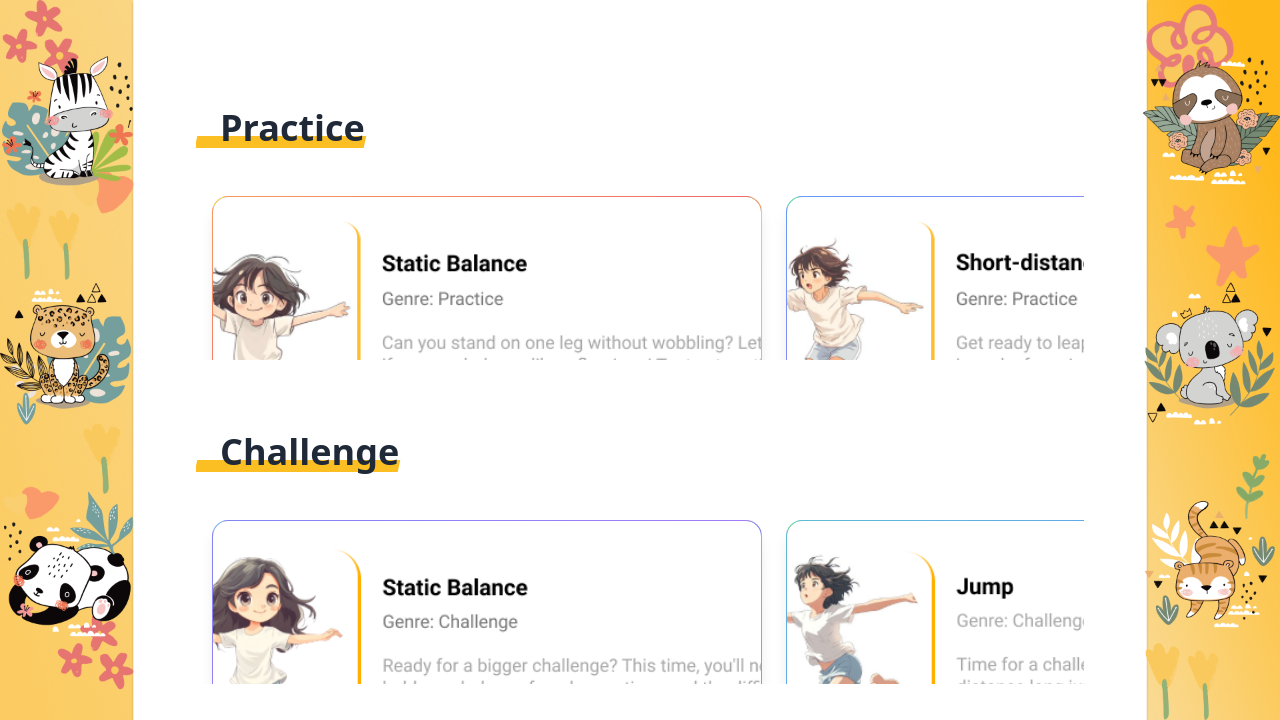
Repository: Jayhawk2000/AR_Game_DCD_Children
Page: homepage.html
These files come from the project's save history. The page is drawn as it stood at one moment and after a run of saves; the edit follows.
The browser window is 1280 px wide. The pictures show the whole page.

Above is the page before, as saved 2024-10-16 13:45:58.

### homepage.html
<!DOCTYPE html>
<html lang="en">
<head>
<meta charset="UTF-8">
<meta name="viewport" content="width=device-width, initial-scale=1.0">
<title>Homepage</title>
<link href="https://cdn.jsdelivr.net/npm/tailwindcss@2.2.19/dist/tailwind.min.css" rel="stylesheet">
<style>
    body, html {
        margin: 0;
        padding: 0;
        width: 100vw;
        height: 100vh;
        overflow: hidden;
    }

    .background {
        background-image: url('img/homepage.png');
        background-size: 100vw 100vh;
        background-repeat: no-repeat;
        background-position: center center;
        background-attachment: fixed;
        height: 100vh;
        display: flex;
        justify-content: center;
        align-items: center;
    }

    .content {
        width: 75vw;
        height: 100%;
        background-color: white;
        display: flex;
        flex-direction: column;
        padding: 5vh;
    }

    .section {
        flex: 1;
        overflow: hidden;
        position: relative;
    }

    .card-slider {
        overflow-x: auto;
        padding-bottom: 20px;
    }

    /* 美化滚动条 */
    .card-slider::-webkit-scrollbar {
        height: 8px;
    }
    .card-slider::-webkit-scrollbar-track {
        background: #f1f1f1;
        border-radius: 4px;
    }
    .card-slider::-webkit-scrollbar-thumb {
        background: #FFB000;
        border-radius: 4px;
        transition: background-color 0.3s ease;
    }
    .card-slider::-webkit-scrollbar-thumb:hover {
        background: #e09e00;
    }

    .card {
        width: 550px; /* 增加卡片宽度 */
        height: 300px; /* 保持卡片高度不变 */
    }
</style>
</head>
<body>

<div class="background">
    <div class="content">
        <div class="section">
            <br><br><br>
            <h2 class="text-4xl font-bold text-gray-800 mb-8 relative pl-6 inline-block">
                <span class="relative z-10">Practice</span>
                <span class="absolute left-0 bottom-0 w-full h-3 bg-yellow-400 transform -skew-x-12"></span>
            </h2>
            <div class="card-slider overflow-x-auto snap-x snap-mandatory flex space-x-6 p-4">
                <a href="prac_bal.html" class="card flex-none w-96 h-64 bg-gradient-to-br from-yellow-400 via-orange-500 to-red-500 rounded-2xl shadow-lg hover:shadow-2xl transition-all duration-300 relative overflow-hidden group border border-white border-opacity-20">
                    <div class="absolute inset-0 bg-black opacity-40"></div>
                    <div class="absolute inset-0 bg-cover bg-center" style="background-image: url('img/balance_practice.png');"></div>
                    <div class="absolute inset-0 bg-gradient-to-t from-black via-transparent to-transparent opacity-0 group-hover:opacity-100 transition-opacity duration-300 flex flex-col justify-end p-6">
                        <h3 class="text-white text-2xl font-bold mb-2 transform translate-y-2 group-hover:translate-y-0 transition-transform duration-300">Balance Practice</h3>
                        <p class="text-white text-sm opacity-0 group-hover:opacity-100 transition-opacity duration-300 delay-100">Improve your balance skills</p>
                    </div>
                </a>
                <a href="prac_jump.html" class="card flex-none w-96 h-64 bg-gradient-to-br from-green-400 via-blue-500 to-purple-500 rounded-2xl shadow-lg hover:shadow-2xl transition-all duration-300 relative overflow-hidden group border border-white border-opacity-20">
                    <div class="absolute inset-0 bg-black opacity-40"></div>
                    <div class="absolute inset-0 bg-cover bg-center" style="background-image: url('img/jump_practice.png');"></div>
                    <div class="absolute inset-0 bg-gradient-to-t from-black via-transparent to-transparent opacity-0 group-hover:opacity-100 transition-opacity duration-300 flex flex-col justify-end p-6">
                        <h3 class="text-white text-2xl font-bold mb-2 transform translate-y-2 group-hover:translate-y-0 transition-transform duration-300">Jump Practice</h3>
                        <p class="text-white text-sm opacity-0 group-hover:opacity-100 transition-opacity duration-300 delay-100">Enhance your jumping technique</p>
                    </div>
                </a>
                <a href="prac_throw.html" class="card flex-none w-96 h-64 bg-gradient-to-br from-pink-400 via-red-500 to-yellow-500 rounded-2xl shadow-lg hover:shadow-2xl transition-all duration-300 relative overflow-hidden group border border-white border-opacity-20">
                    <div class="absolute inset-0 bg-black opacity-40"></div>
                    <div class="absolute inset-0 bg-cover bg-center" style="background-image: url('img/throw_practice.png');"></div>
                    <div class="absolute inset-0 bg-gradient-to-t from-black via-transparent to-transparent opacity-0 group-hover:opacity-100 transition-opacity duration-300 flex flex-col justify-end p-6">
                        <h3 class="text-white text-2xl font-bold mb-2 transform translate-y-2 group-hover:translate-y-0 transition-transform duration-300">Throw Practice</h3>
                        <p class="text-white text-sm opacity-0 group-hover:opacity-100 transition-opacity duration-300 delay-100">Perfect your throwing skills</p>
                    </div>
                </a>
            </div>
        </div>
        <div class="section">
            <br><br><br>
            <h2 class="text-4xl font-bold text-gray-800 mb-8 relative pl-6 inline-block">
                <span class="relative z-10">Challenge</span>
                <span class="absolute left-0 bottom-0 w-full h-3 bg-yellow-400 transform -skew-x-12"></span>
            </h2>
            <div class="card-slider overflow-x-auto snap-x snap-mandatory flex space-x-6 p-4">
                <a href="cha_bal.html" class="card flex-none w-96 h-64 bg-gradient-to-br from-blue-400 via-indigo-500 to-purple-500 rounded-2xl shadow-lg hover:shadow-2xl transition-all duration-300 relative overflow-hidden group border border-white border-opacity-20">
                    <div class="absolute inset-0 bg-black opacity-40"></div>
                    <div class="absolute inset-0 bg-cover bg-center" style="background-image: url('img/balance_challenge.png');"></div>
                    <div class="absolute inset-0 bg-gradient-to-t from-black via-transparent to-transparent opacity-0 group-hover:opacity-100 transition-opacity duration-300 flex flex-col justify-end p-6">
                        <h3 class="text-white text-2xl font-bold mb-2 transform translate-y-2 group-hover:translate-y-0 transition-transform duration-300">Balance Challenge</h3>
                        <p class="text-white text-sm opacity-0 group-hover:opacity-100 transition-opacity duration-300 delay-100">Test your balance skills</p>
                    </div>
                </a>
                <a href="cha_jump.html" class="card flex-none w-96 h-64 bg-gradient-to-br from-green-400 via-teal-500 to-blue-500 rounded-2xl shadow-lg hover:shadow-2xl transition-all duration-300 relative overflow-hidden group border border-white border-opacity-20">
                    <div class="absolute inset-0 bg-black opacity-40"></div>
                    <div class="absolute inset-0 bg-cover bg-center" style="background-image: url('img/jump_challenge.png');"></div>
                    <div class="absolute inset-0 bg-gradient-to-t from-black via-transparent to-transparent opacity-0 group-hover:opacity-100 transition-opacity duration-300 flex flex-col justify-end p-6">
                        <h3 class="text-white text-2xl font-bold mb-2 transform translate-y-2 group-hover:translate-y-0 transition-transform duration-300">Jump Challenge</h3>
                        <p class="text-white text-sm opacity-0 group-hover:opacity-100 transition-opacity duration-300 delay-100">Push your jumping limits</p>
                    </div>
                </a>
                <a href="cha_throw.html" class="card flex-none w-96 h-64 bg-gradient-to-br from-red-400 via-pink-500 to-purple-500 rounded-2xl shadow-lg hover:shadow-2xl transition-all duration-300 relative overflow-hidden group border border-white border-opacity-20">
                    <div class="absolute inset-0 bg-black opacity-40"></div>
                    <div class="absolute inset-0 bg-cover bg-center" style="background-image: url('img/throw_challenge.png');"></div>
                    <div class="absolute inset-0 bg-gradient-to-t from-black via-transparent to-transparent opacity-0 group-hover:opacity-100 transition-opacity duration-300 flex flex-col justify-end p-6">
                        <h3 class="text-white text-2xl font-bold mb-2 transform translate-y-2 group-hover:translate-y-0 transition-transform duration-300">Throw Challenge</h3>
                        <p class="text-white text-sm opacity-0 group-hover:opacity-100 transition-opacity duration-300 delay-100">Challenge your throwing accuracy</p>
                    </div>
                </a>
            </div>
        </div>
    </div>
</div>

</body>
</html>

After the next 3 saves:
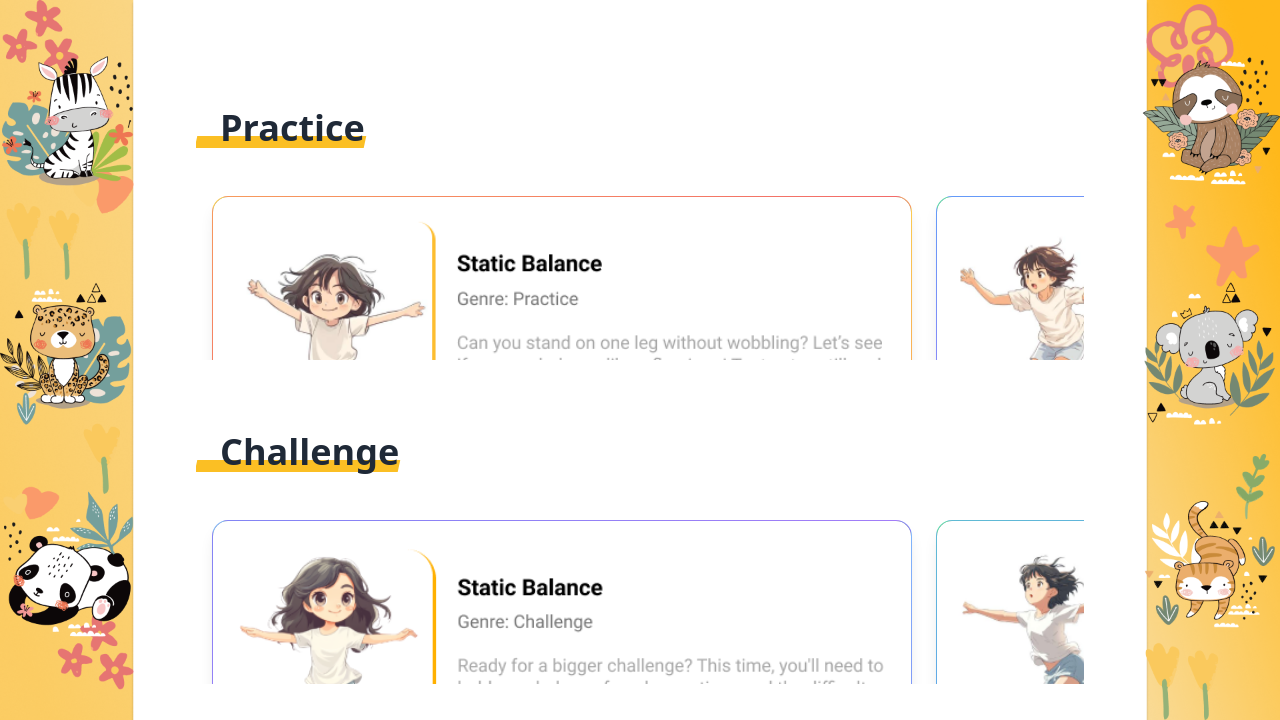
The 3 saves are shown as one change because they came seconds apart.
The last was saved 22 s later.
--- a/homepage.html
+++ b/homepage.html
@@ -64,7 +64,7 @@
     }
 
     .card {
-        width: 550px; /* 增加卡片宽度 */
+        width: 700px; /* 增加卡片宽度 */
         height: 300px; /* 保持卡片高度不变 */
     }
 </style>
